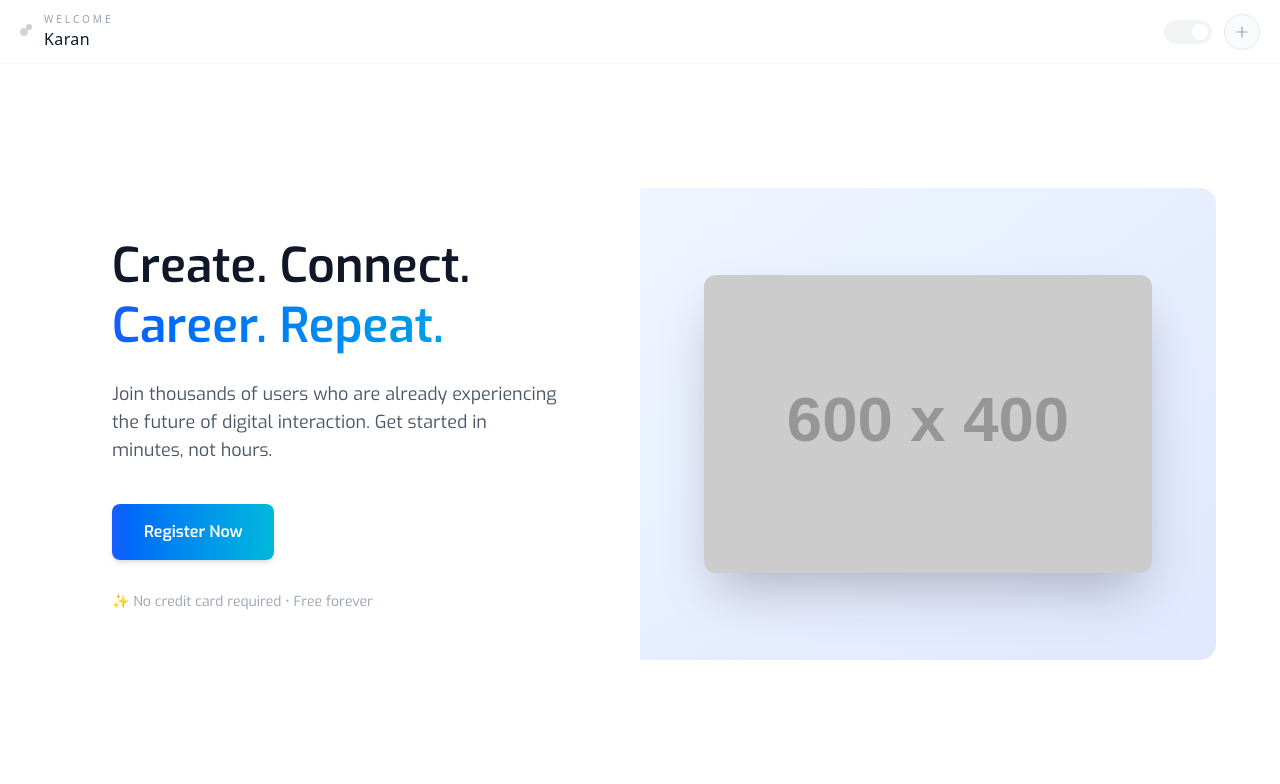
Repository: deepak445566/job
Page: / (app in frontend/)
The author's editor kept a copy of each file at every save. The page is drawn from the files as they stood at one save, then again after the next save.
The browser window is 1280 px wide. The pictures show the whole page.
The page's requests for data from a server got no answer. Some web fonts or font styles are not loaded; a fallback is used. The project was rebuilt for these pictures with package versions that can differ from the ones it lists, and the page was loaded fresh each time. Some packages were replaced by stand-ins written for this rebuild. No one was signed in, and anything a server would have sent is missing. Also part of the build but not shown: frontend/vite.config.js, frontend/src/Components/auth/Login.jsx, frontend/src/Components/study/StudyDashboard.jsx, frontend/src/Components/chill/ChillDashboard.jsx.

Above is the page before, as saved 2026-02-26 14:03:36.

After the next save:
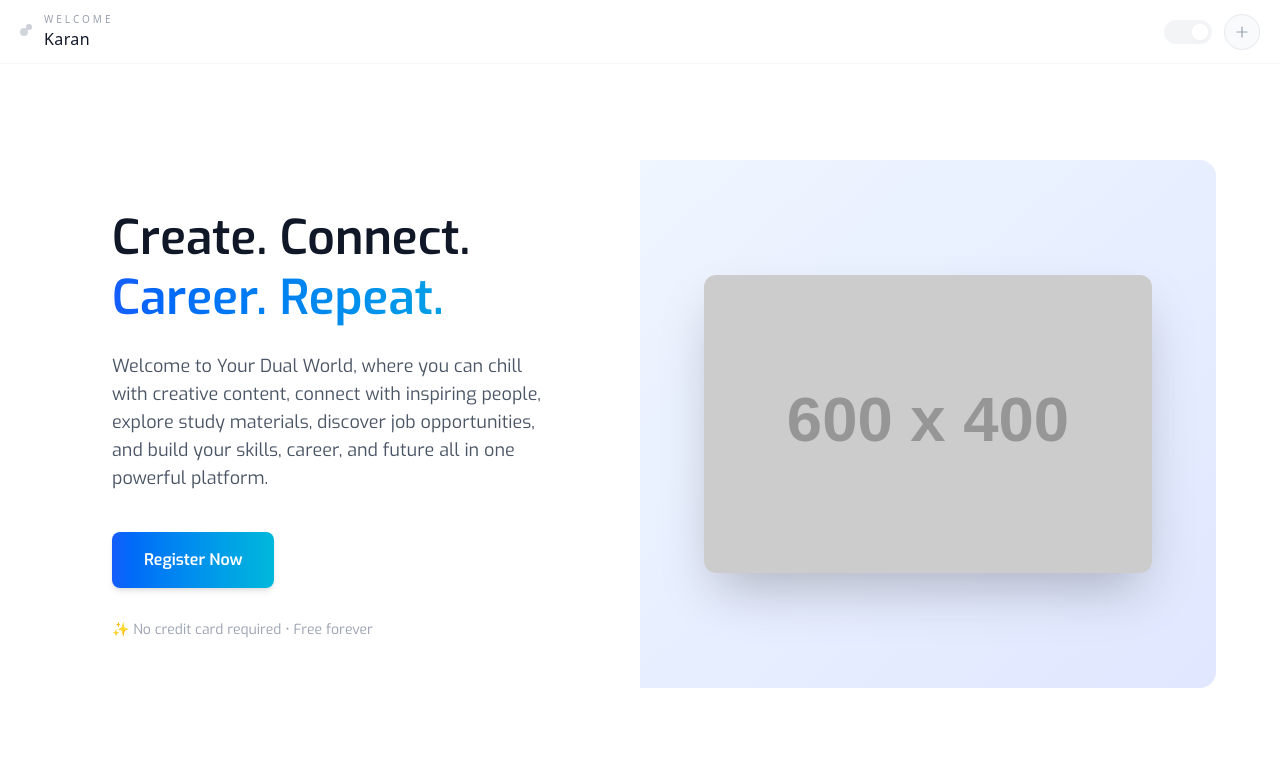
Saved 70 s later.
--- a/frontend/src/Components/Dashboard.jsx
+++ b/frontend/src/Components/Dashboard.jsx
@@ -38,7 +38,7 @@ function Dashboard() {
 
           {/* Paragraph */}
           <p className="text-lg text-gray-600 max-w-md">
-            Join thousands of users who are already experiencing the future of digital interaction. Get started in minutes, not hours.
+            Welcome to Your Dual World, where you can chill with creative content, connect with inspiring people, explore study materials, discover job opportunities, and build your skills, career, and future all in one powerful platform.
           </p>
 
           {/* Register Now Button */}
